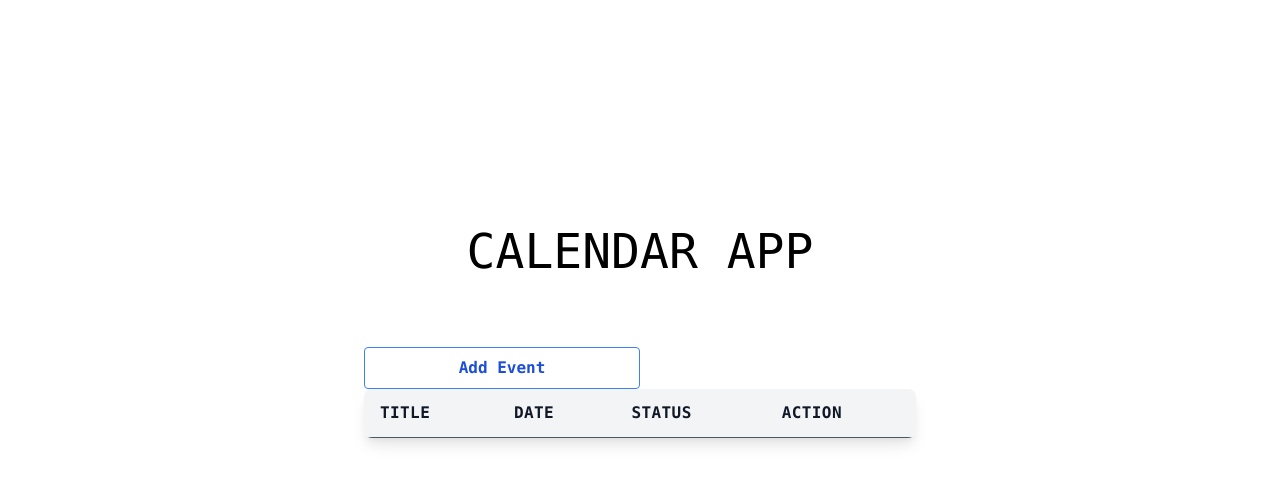
Repository: maikeru-desu/parking-lot
Page: / (app in parking-lot-fe/)
These files come from the project's save history. The page is drawn as it stood at one moment and after the next save; the edit follows.
The browser window is 1280 px wide. The pictures show the whole page.
The page's requests for data from a server got no answer. The project was rebuilt for these pictures with package versions that can differ from the ones it lists, and the page was loaded fresh each time. No one was signed in, and anything a server would have sent is missing. Also part of the build but not shown: parking-lot-fe/craco.config.js, parking-lot-fe/src/pages/Add.js, parking-lot-fe/src/pages/Edit.js.

Above is the page before, as saved 2021-10-14 07:47:36.

### parking-lot-fe/src/index.js
import React from 'react';
import ReactDOM from 'react-dom';
import './index.css';
import App from './App';
import {Provider} from "react-redux";
import {BrowserRouter} from "react-router-dom";
import reportWebVitals from './reportWebVitals';
import store from './redux/store';

ReactDOM.render(
    <React.StrictMode>
        <BrowserRouter>
            <Provider store={store}>
                <App />
            </Provider>
        </BrowserRouter>
    </React.StrictMode>,
    document.getElementById('root')
);

// If you want to start measuring performance in your app, pass a function
// to log results (for example: reportWebVitals(console.log))
// or send to an analytics endpoint. Learn more: https://bit.ly/CRA-vitals
reportWebVitals();

### parking-lot-fe/src/App.js
import logo from './logo.svg';
import './App.css';
import {Switch, Route} from "react-router-dom";
import Home from './pages/Home';
import Add from './pages/Add';
import Edit from './pages/Edit';

function App() {
  return (
    <div className="App font-mono">
          <h1 class="mb-12 text-5xl">CALENDAR APP</h1>
        <Switch>
            <Route exact path="/" component={Home} />
            <Route exact path="/add" component={Add} />
            <Route exact path="/edit/:id" component={Edit} />
        </Switch>
    </div>
  );
}

export default App;

### parking-lot-fe/src/redux/store.js
import {createStore, applyMiddleware} from "redux";
import logger from "redux-logger";
import reduxThunk from "redux-thunk";
import rootReducer from "./root-reducer";

const middlewares = [reduxThunk];

if (process.env.NODE_ENV === "development") {
    middlewares.push(logger)
}

const store = createStore(rootReducer, applyMiddleware(...middlewares));

export default store;

### parking-lot-fe/src/pages/Home.js
import React, {useEffect} from 'react'
import {useDispatch, useSelector} from "react-redux";
import { deleteEvent, loadEvents } from '../redux/actions';
import { useHistory } from 'react-router-dom';

const Home = () => {
    let dispatch = useDispatch();
    let history = useHistory();
    const { events } = useSelector(state => state.events);

    const handleDelete = (id) => {
        if(window.confirm("Are you sure wanted to delete the event?")) {
            dispatch(deleteEvent(id));
        }
    }

    useEffect(() => {
        dispatch(loadEvents());
    }, [])

    return (
        <section class="container mx-auto p-6">
            <div class="grid grid-cols-4">
                <button onClick={() => history.push("/add")} className="col-span-2 bg-transparent hover:bg-blue-500 text-blue-700 font-semibold hover:text-white py-2 px-4 border border-blue-500 hover:border-transparent rounded">
                    Add Event
                </button>

                {/* <select
                    id="status"
                    name="status"
                    className="block appearance-none w-full bg-gray-200 border border-gray-200 text-gray-700 py-3 px-4 pr-8 rounded leading-tight focus:outline-none focus:bg-white focus:border-gray-500">
                    <option>Select Status</option>
                    <option value="0">Pending</option>
                    <option value="2">Ongoing</option>
                    <option value="1">Done</option>
                </select> */}
            </div>

            <div class="w-full mb-8 overflow-hidden rounded-lg shadow-lg">
                <div class="w-full overflow-x-auto">
                <table class="w-full">
                    <thead>
                    <tr class="text-md font-semibold tracking-wide text-left text-gray-900 bg-gray-100 uppercase border-b border-gray-600">
                        <th class="px-4 py-3">Title</th>
                        <th class="px-4 py-3">Date</th>
                        <th class="px-4 py-3">Status</th>
                        <th class="px-4 py-3">Action</th>
                    </tr>
                    </thead>
                    <tbody class="bg-white">
                        {events && events.map((event) => (

                            <tr class="text-gray-700" key={event.id}>
                                <td class="px-4 py-3 border">
                                    <div class="flex items-center text-sm">
                                        <div>
                                            <p class="font-semibold text-black">{event.title}</p>
                                        </div>
                                    </div>
                                </td>
                                <td class="px-4 py-3 text-ms font-semibold border">{event.date}</td>
                                <td class="px-4 py-3 text-xs border">
                                    {(() => {
                                        if (event.status == 0) {
                                            return <span class="px-2 py-1 font-semibold leading-tight text-yellow-700 bg-yellow-100 rounded-sm"> Pending </span>;
                                        } else if (event.status == 1) {
                                            return <span class="px-2 py-1 font-semibold leading-tight text-green-700 bg-green-100 rounded-sm"> Done </span>;
                                        } else {
                                            return <span class="px-2 py-1 font-semibold leading-tight text-blue-700 bg-blue-100 rounded-sm"> Ongoing </span>;
                                        }
                                    })()}
                                    {/* <span class="px-2 py-1 font-semibold leading-tight text-green-700 bg-green-100 rounded-sm"> Acceptable </span> */}
                                </td>
                                <td class="px-4 py-3 text-sm border">
                                    <button onClick={() => history.push(`/edit/${event.id}`)} className="bg-transparent hover:bg-blue-500 text-blue-700 font-semibold hover:text-white py-2 px-4 border border-blue-500 hover:border-transparent rounded">
                                        EDIT
                                    </button>
                                    <button onClick={() => handleDelete(event.id)} className="bg-transparent hover:bg-red-500 text-red-700 font-semibold hover:text-white py-2 px-4 border border-red-500 hover:border-transparent rounded">
                                        DELETE
                                    </button>
                                </td>
                            </tr>
                        ))}
                    </tbody>
                </table>
                </div>
            </div>
        </section>
    )
}

export default Home

### parking-lot-fe/src/redux/root-reducer.js
import {combineReducers} from "redux";
import eventsReducers from "./reducer";

const rootReducer = combineReducers({
    events: eventsReducers
});

export default rootReducer;

### parking-lot-fe/src/redux/actions.js
import * as types from "./actionType";
import axios from "axios";

const getEvents = (events) => ({
    type: types.GET_EVENTS,
    payload: events
});

const eventDeleted = () => ({
    type: types.DELETE_EVENT
});

const eventAdded = () => ({
    type: types.ADD_EVENT
});

const eventFetched = (event) => ({
    type: types.GET_EVENT,
    payload: event,
});

const eventUpdated = () => ({
    type: types.UPDATE_EVENT
});

export const loadEvents = () => {
    return function (dispatch) {
        axios.get(`${process.env.REACT_APP_API}`).then((resp) => {
            // console.log("resp", resp);
            dispatch(getEvents(resp.data));
        })
        .catch((error) => console.log(error));
    };
};

export const deleteEvent = (id) => {
    return function (dispatch) {
        axios.delete(`${process.env.REACT_APP_API}/${id}`).then((resp) => {
            console.log("resp", resp);
            dispatch(eventDeleted());
            dispatch(loadEvents());
        })
        .catch((error) => console.log(error));
    };
};

export const addEvent = (user) => {
    return function (dispatch) {
        axios.post(`${process.env.REACT_APP_API}`, user).then((resp) => {
            console.log("resp", resp);
            dispatch(eventAdded());
            dispatch(loadEvents());
        })
        .catch((error) => console.log(error));
    };
};

export const getEvent = (id) => {
    return function (dispatch) {
        axios.get(`${process.env.REACT_APP_API}/${id}`).then((resp) => {
            console.log("resp", resp);
            dispatch(eventFetched(resp.data));
        })
        .catch((error) => console.log(error));
    };
};

export const updateEvent = (user, id) => {
    return function (dispatch) {
        axios.put(`${process.env.REACT_APP_API}/${id}`, user).then((resp) => {
            console.log("resp", resp);
            dispatch(eventUpdated());
        })
            .catch((error) => console.log(error));
    };
};

### parking-lot-fe/src/form.css
html, body {
  height: 100%
}

body {
  display: flex;
  justify-content: center;
  align-items: center;
}

form {
  padding: 20px;
  border: 1px solid #ccc;
  border-radius: 5px;
  width: 100%;
}

button {
  width: 100%
}

#root {
    width: 100%;
    max-width: 600px;
}

### parking-lot-fe/src/redux/reducer.js
import * as types from "./actionType";

const initialState = {
    events: [],
    event: {},
    loading: true
}

const eventsReducers = (state = initialState, action) => {
    switch (action.type) {
        case types.GET_EVENTS:
            return {
                ...state,
                events: action.payload,
                loading: false,
            };
        case types.DELETE_EVENT:
        case types.ADD_EVENT:
        case types.UPDATE_EVENT:
            return {
                ...state,
                loading: false,
            }
        case types.GET_EVENT:
            return {
                ...state,
                event: action.payload,
                loading: false,
            };
        default:
            return state;
    }
}

export default eventsReducers;

### parking-lot-fe/src/redux/actionType.js
export const GET_EVENTS = "GET_EVENTS";
export const DELETE_EVENT = "DELETE_EVENT";
export const ADD_EVENT = "ADD_EVENT";
export const GET_EVENT = "GET_EVENT";
export const UPDATE_EVENT = "UPDATE_EVENT";

Loaded but not shown: parking-lot-fe/src/index.css (common file); parking-lot-fe/src/reportWebVitals.js (common file); parking-lot-fe/src/App.css (common file); parking-lot-fe/tailwind.config.js (common file)

After the next save:
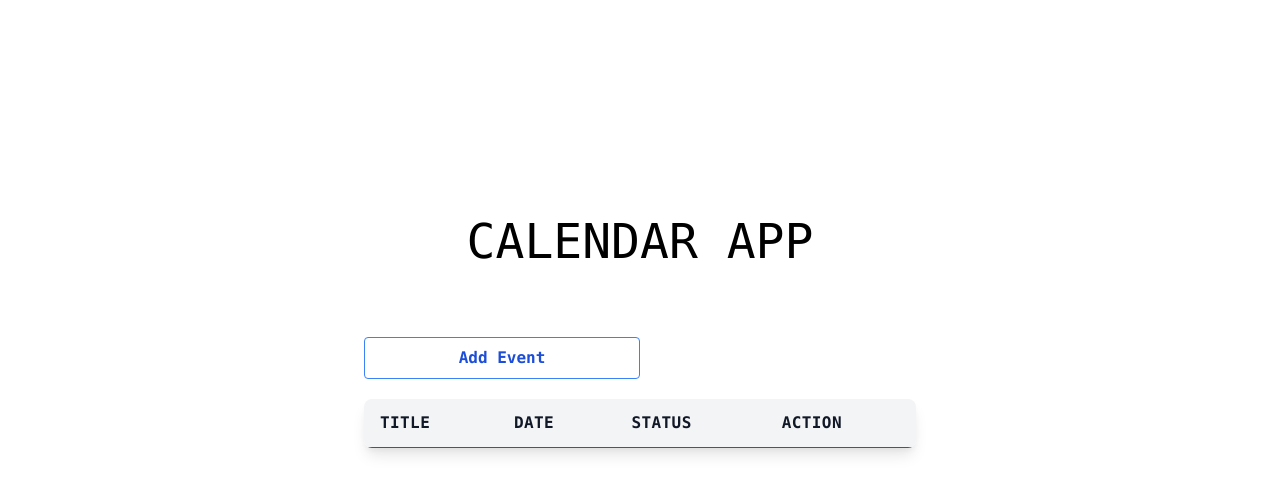
Saved 9 s later.
--- a/parking-lot-fe/src/pages/Home.js
+++ b/parking-lot-fe/src/pages/Home.js
@@ -21,7 +21,7 @@ const Home = () => {
     return (
         <section class="container mx-auto p-6">
             <div class="grid grid-cols-4">
-                <button onClick={() => history.push("/add")} className="col-span-2 bg-transparent hover:bg-blue-500 text-blue-700 font-semibold hover:text-white py-2 px-4 border border-blue-500 hover:border-transparent rounded">
+                <button onClick={() => history.push("/add")} className="mb-5 col-span-2 bg-transparent hover:bg-blue-500 text-blue-700 font-semibold hover:text-white py-2 px-4 border border-blue-500 hover:border-transparent rounded">
                     Add Event
                 </button>
 
